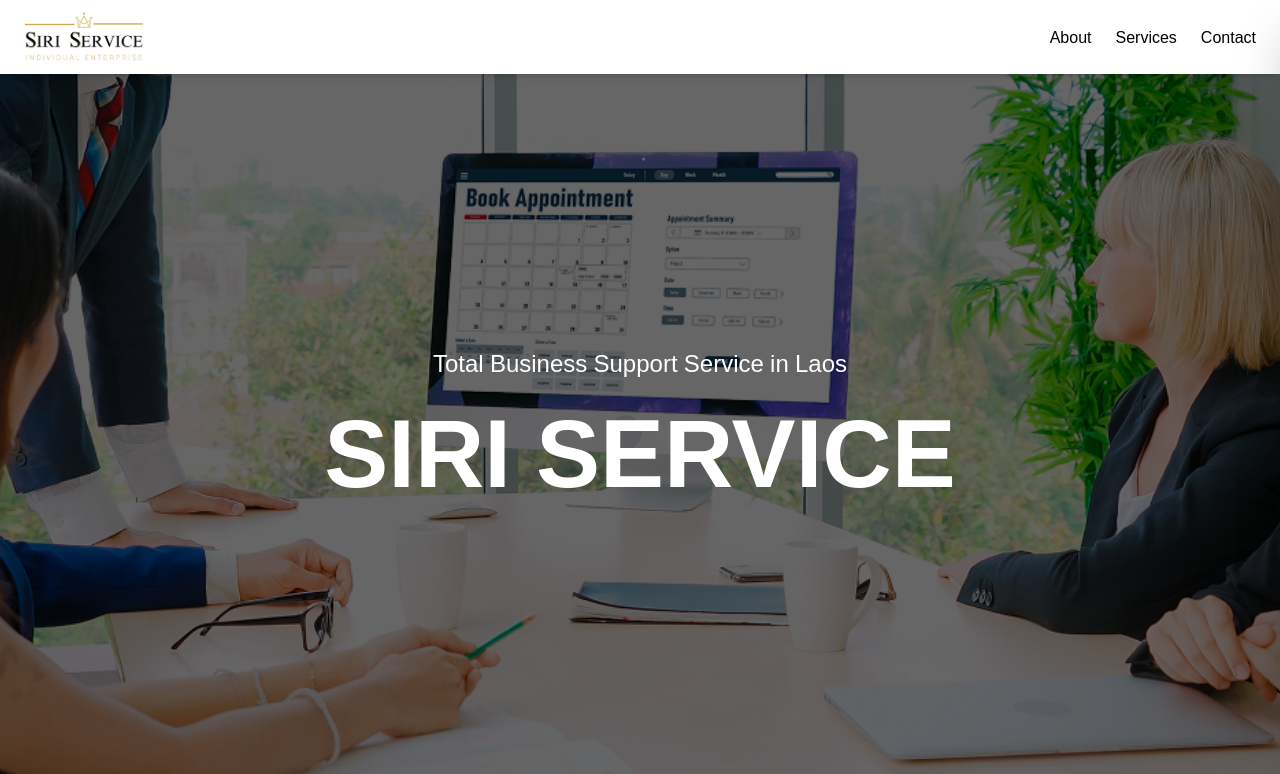
Repository: Phailin-teamplate/siri-service-web
Page: /
The author's editor kept a copy of each file at every save. The page is drawn from the files as they stood at one save, then again after the next save.
The browser window is 1280 px wide. The pictures show the whole page.
The project was rebuilt for these pictures with package versions that can differ from the ones it lists, and the page was loaded fresh each time. The framework's server and built-in components were replaced by stand-ins that run in the browser. Also part of the build but not shown: next.config.ts.

Above is the page before, as saved 2025-07-02 13:59:13.

After the next save:
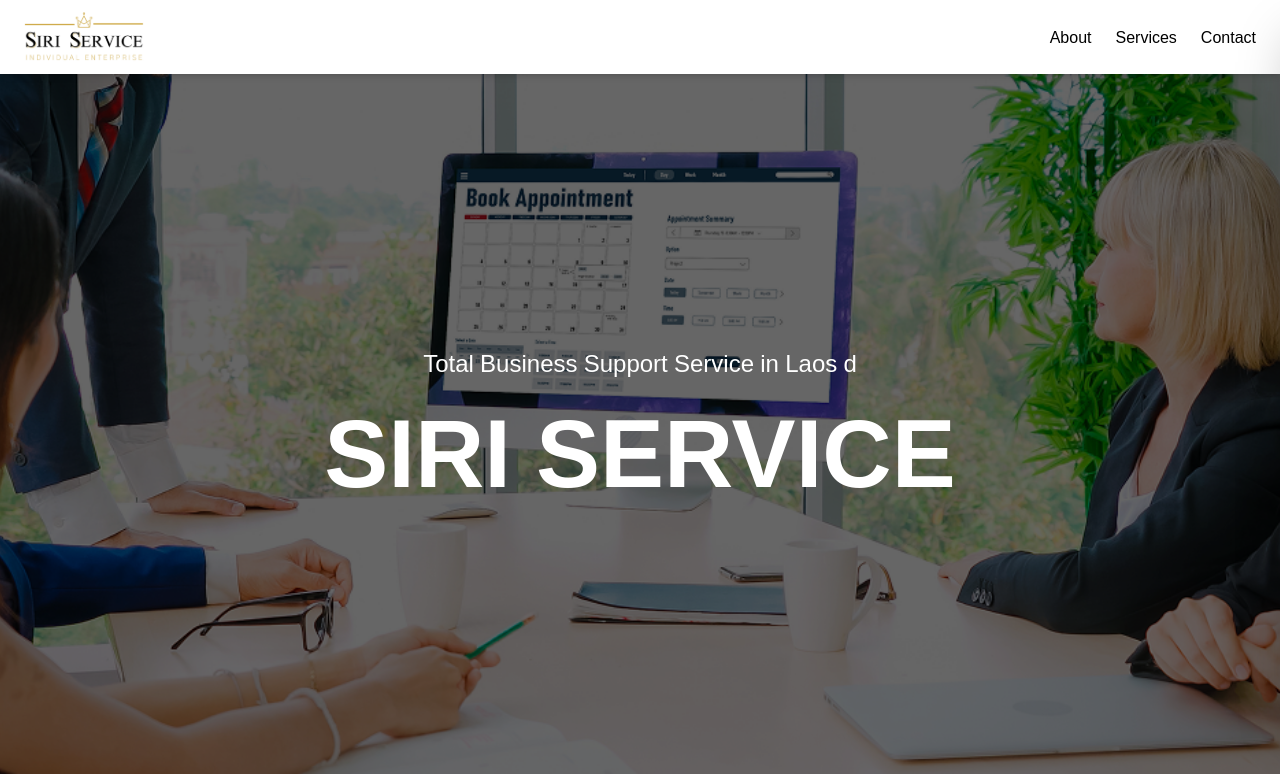
Saved 86 s later.
--- a/src/components/Homepage.tsx
+++ b/src/components/Homepage.tsx
@@ -22,7 +22,7 @@
           <div className="absolute inset-0 z-20 flex flex-col items-center justify-center text-center px-4">
             <div className="mb-4 sm:mb-6">
               <p className="text-white text-sm xs:text-base sm:text-xl md:text-2xl font-medium">
-                Total Business Support Service in Laos
+                Total Business Support Service in Laos d
               </p>
             </div>
             <h1 className="text-white text-4xl xs:text-5xl sm:text-6xl md:text-7xl lg:text-8xl font-bold">

After the save that followed:
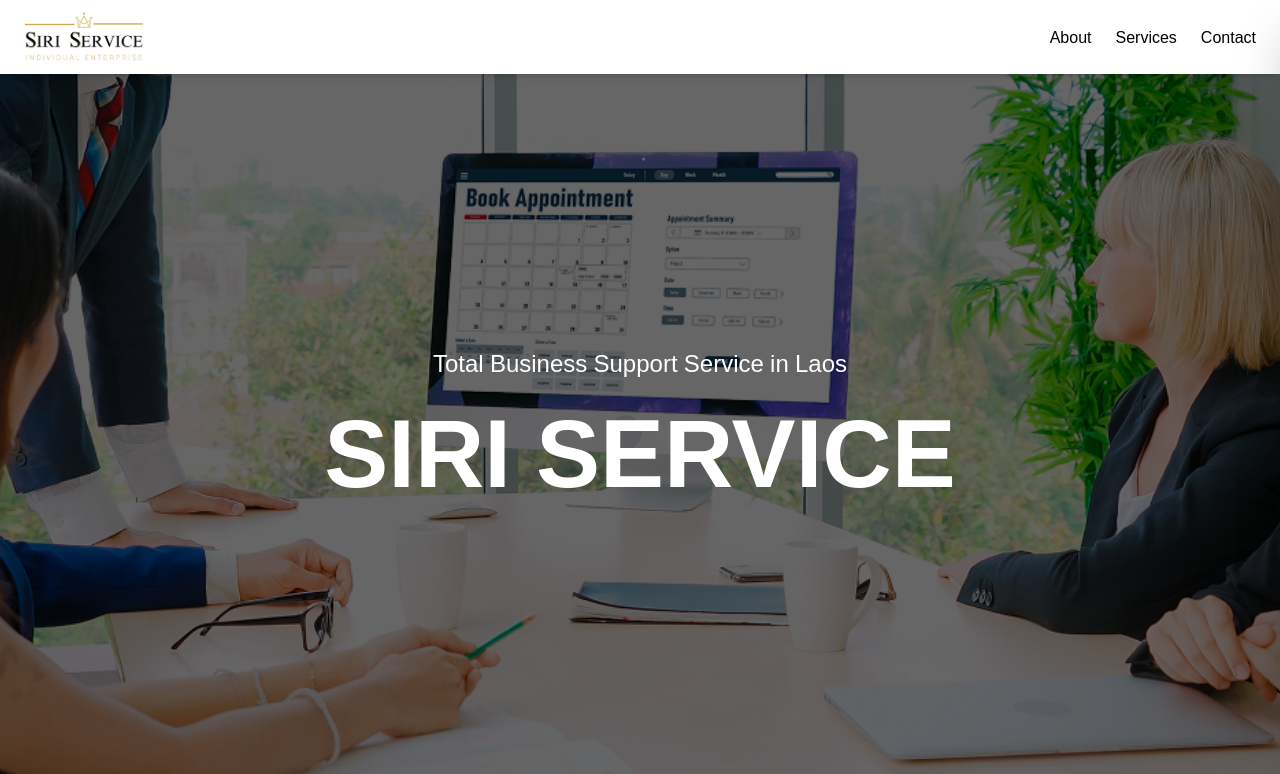
Saved 4 s later.
--- a/src/components/Homepage.tsx
+++ b/src/components/Homepage.tsx
@@ -22,7 +22,7 @@
           <div className="absolute inset-0 z-20 flex flex-col items-center justify-center text-center px-4">
             <div className="mb-4 sm:mb-6">
               <p className="text-white text-sm xs:text-base sm:text-xl md:text-2xl font-medium">
-                Total Business Support Service in Laos d
+                Total Business Support Service in Laos
               </p>
             </div>
             <h1 className="text-white text-4xl xs:text-5xl sm:text-6xl md:text-7xl lg:text-8xl font-bold">
